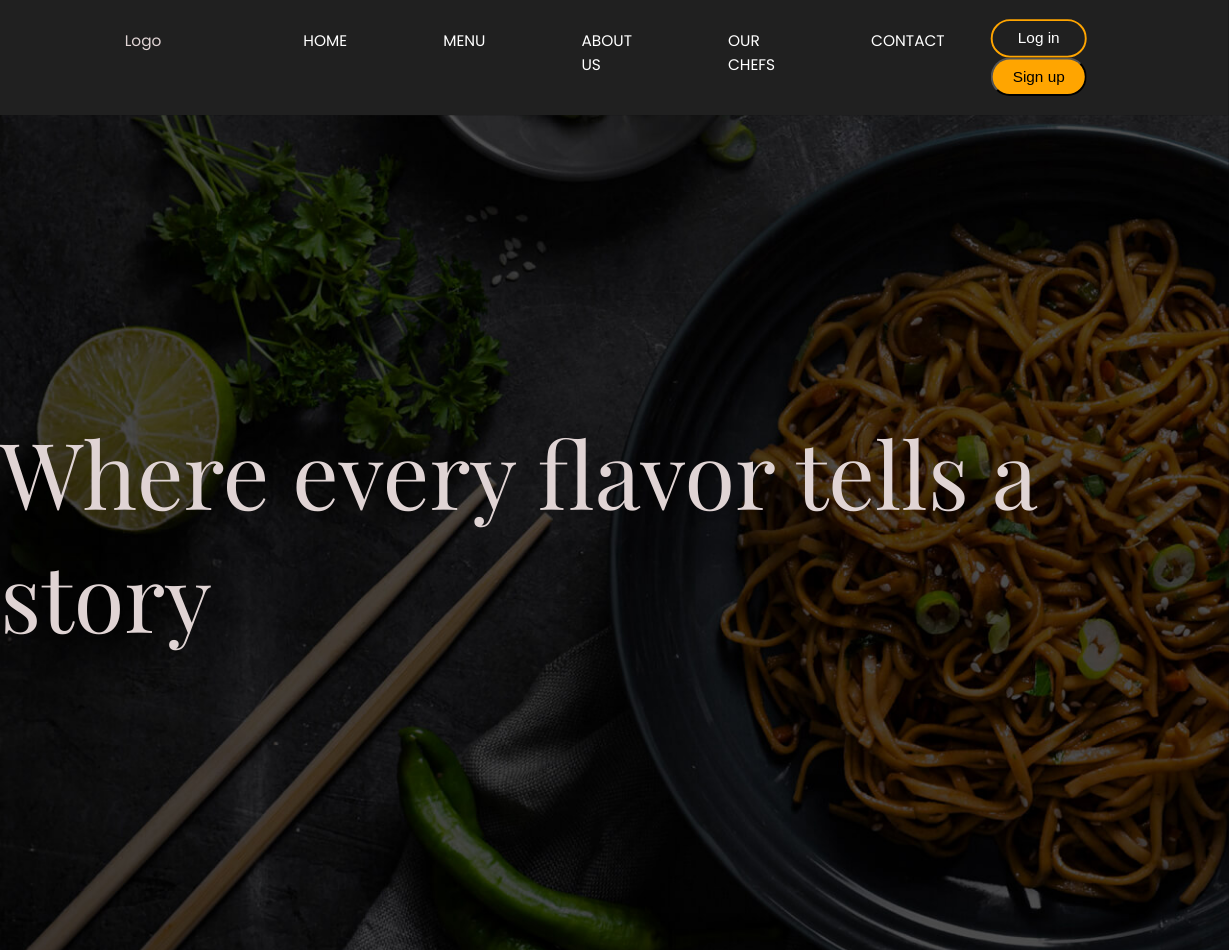
Repository: ThisIsSahaj/NSP
Page: index.html
These files come from the project's save history. The page is drawn as it stood at one moment and after the next save; the edit follows.
The browser window is 1280 px wide. The pictures show the whole page, at 96% of full size.

Above is the page before, as saved 2023-11-06 13:56:39.

### index.html
<!DOCTYPE html>
<html lang="en">
<head>
    <meta charset="UTF-8">
    <meta http-equiv="X-UA-Compatible" content="IE=edge">
    <meta name="viewport" content="width=device-width, initial-scale=1.0">
    <title>Hungy</title>
    <link rel="stylesheet" href="style.css">
</head>
<body>
    <header>

        <nav class="nav">
            <div class="logo">
                Logo
            </div>
            <div class="menu">
                <ul>
                   <a href=""> <li>Home</li> </a>
                   <a href=""> <li>Menu</li> </a>
                   <a href=""> <li>About Us</li> </a>
                   <a href=""> <li>Our Chefs</li> </a>
                   <a href=""> <li>Contact</li> </a>
            </ul>
        </div>
        <div class="button">
            <button class="login">Log in</button>
            <button class="signup">Sign up</button>
        </div>
    </nav>
</header>

<div class="sec1">
    Where every flavor tells a story
</div>
</body>
</html>

### style.css
@import url('https://fonts.googleapis.com/css2?family=Poppins:wght@300;400;500;600;700&family=Roboto:wght@100;300;400;500;700;900&display=swap');

@import url('https://fonts.googleapis.com/css2?family=Playfair+Display:wght@400;500;600;700;800;900&family=Poppins:wght@300;400;500;600;700&family=Roboto:wght@100;300;400;500;700;900&display=swap');


*{
    margin: 0px;
    padding: 0px;
    box-sizing: border-box;

}

body{
    background-color: #0F0F0F;
    font-family: 'Poppins', sans-serif;
    color: rgb(224, 212, 212);
}

header{
    margin-top: 0px;
    background-color: #202020;
    padding: 20px;
}
nav{
    display: flex;
    flex-direction: row;
    justify-content: space-around;
}

ul {
    display: flex;
    flex-direction: row;
    list-style: none;
    /* border: 2px solid green; */
}
a {
    color: #fff;
    text-transform: uppercase;
    text-decoration: none;
    /* letter-spacing: 0.15em;      */
    /* display: inline-block; */
    /* padding: 15px 20px; */
    position: relative;
    /* border: 2px solid red; */
}
a:after {
    background: none repeat scroll 0 0 transparent;
    bottom: 0;
    content: "";
    display: block;
    height: 2px;
    left: 50%;
    position: absolute;
    background: #fff;
    transition: width 0.3s ease 0s, left 0.3s ease 0s;
    width: 0;
    margin-bottom: 10px;
}

a:hover:after {
    width: 100%;
    left: 0;
    background-color:orange;
}


.logo{
    width: 20%;
    margin: 10px;
    display: flex;
    justify-content: center;
    /* border: 2px solid hotpink; */

}
.menu ul li{
    margin: 10px 50px;

}

.menu{
    width: 60%;
    display: flex;
    justify-content: center;
    /* border: 2px solid blue; */

}
.button{
    width: 20%;
    /* border: 2px solid hotpink; */
}
button {
    height: 40px;
    width: 100px;
    margin: 0px 10px;
    border-radius: 50px;
    background-color: orange;
    font-size: 16px;
    cursor: pointer;
}
.login{
border: 2px solid orange;
background-color: transparent;
color: white;

}

.login:hover {
    background-color: orange;
    color: black;
}

.signup:hover{
    background-color: transparent;
    color: white;
    border: 2px solid orange;
}


.sec1{
    /* border: 2px solid red; */
    height: 870px;
    width: 100%;
    background-image: url("assets/images/hero-slider-1.jpg");

    display: flex;
    justify-content: center;
    align-items: center;
    font-size: 96px;
    font-family: "Playfair Display";
}

After the next save:
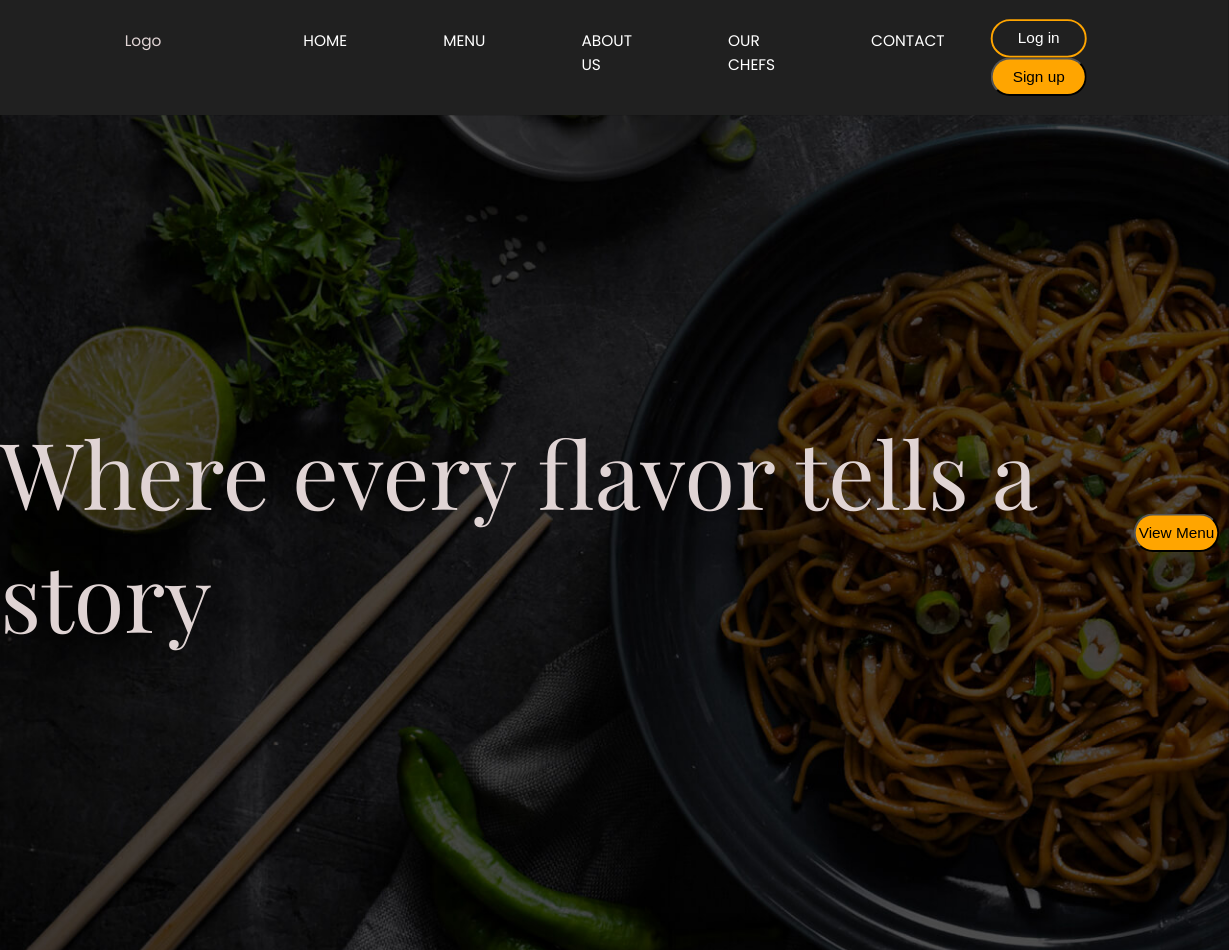
Saved 105 s later.
--- a/index.html
+++ b/index.html
@@ -32,6 +32,7 @@
 
 <div class="sec1">
     Where every flavor tells a story
+    <button>View Menu</button>
 </div>
 </body>
 </html>
